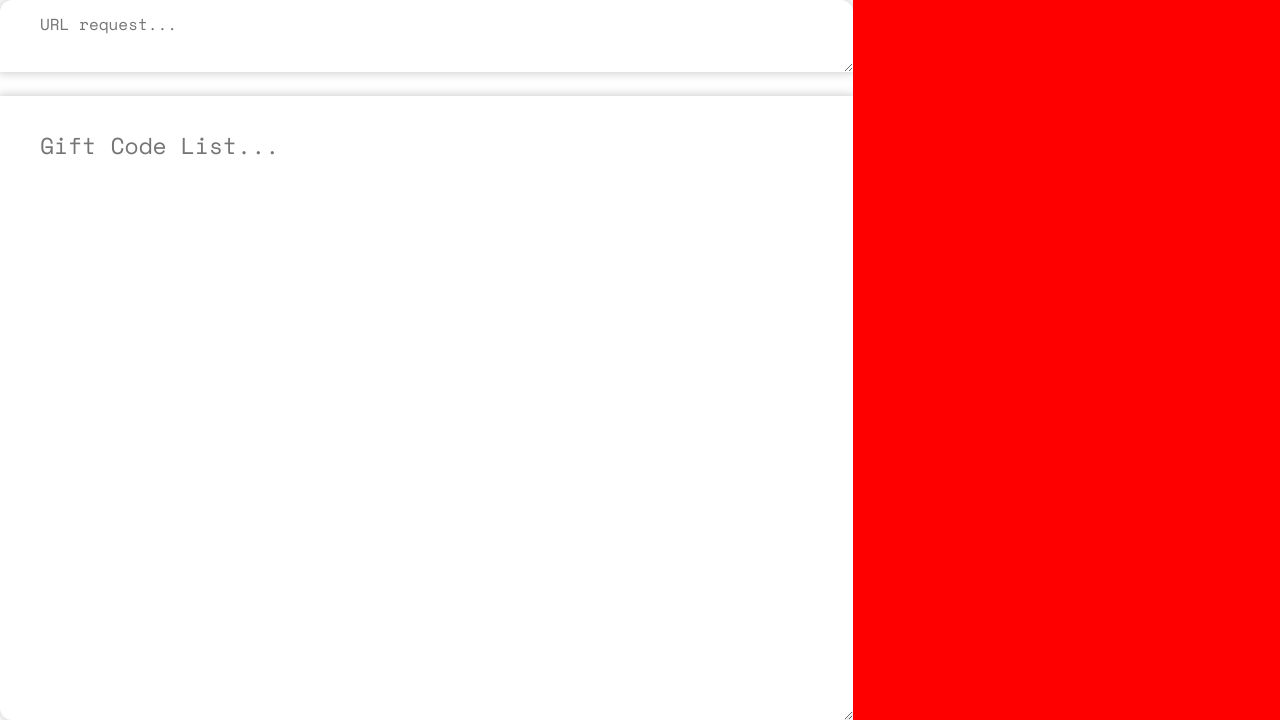
Repository: 777hanh777hanh/test
Page: index.html
The author's editor kept a copy of each file at every save. The page is drawn from the files as they stood at one save, then again after the next save.
The browser window is 1280 px wide. The pictures show the whole page.

Above is the page before, as saved 2023-06-30 17:18:24.

After the next save:
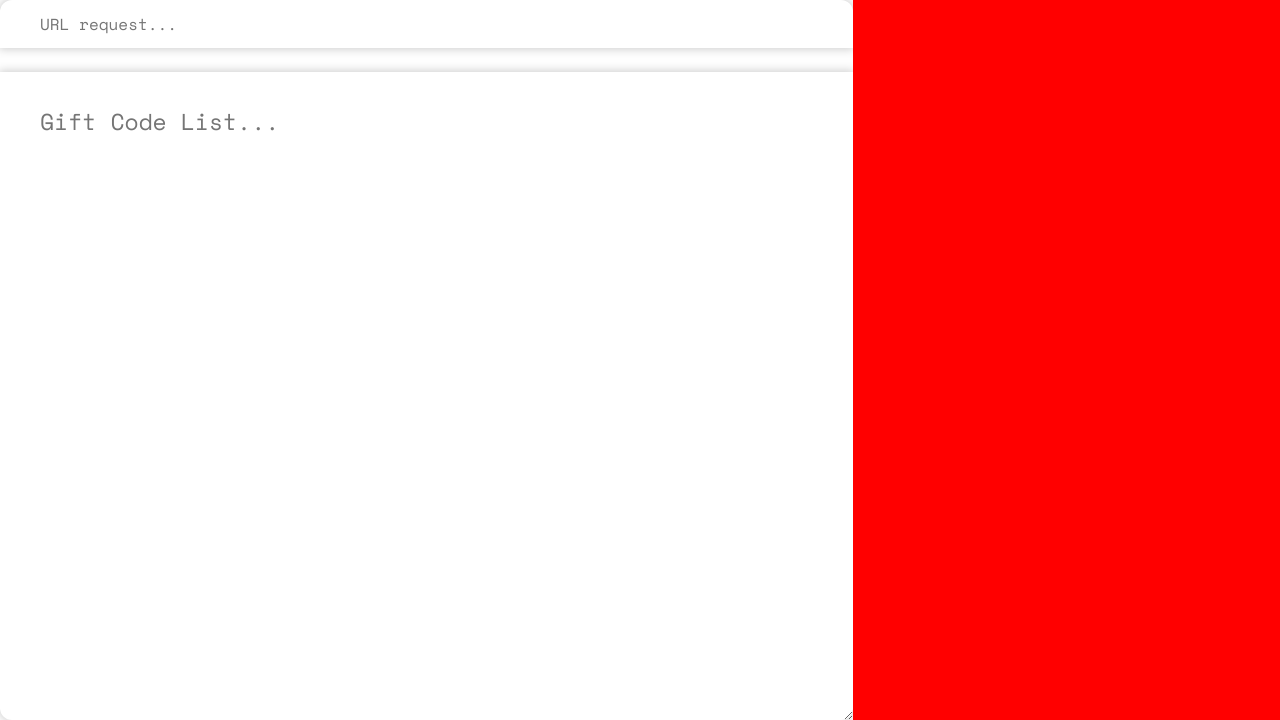
Saved 38 s later.
--- a/index.html
+++ b/index.html
@@ -19,7 +19,7 @@
         <div class="inner">
             <!-- Input URL -->
             <div class="url-block">
-                <textarea type="text" name="" id="url" class="url" placeholder="URL request..."></textarea>
+                <input type="text" name="" id="url" class="url" placeholder="URL request..."></input>
             </div>
             <!-- Text Area -->
             <div class="giftCode-block">
